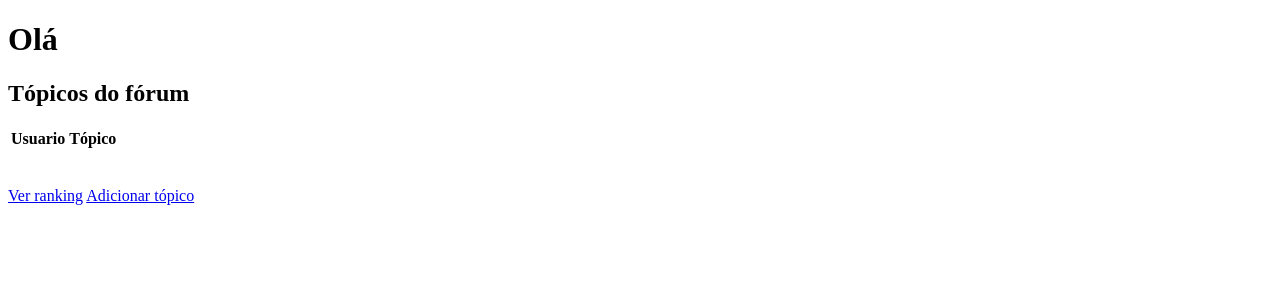
Repository: tainansv/desenvolvimento-agil-com-java-avan-ado
Page: http://localhost/Forum/topicos
An editor plug-in stored every save of this project. The page is shown before and after the next save, followed by the edit.
The browser window is 1280 px wide. The pictures show the whole page.
The page is served by Tomcat 9. Queries for data that is not in the repository find no rows.

Above is the page before, as saved 2016-10-06 21:00:27.

After the next save:
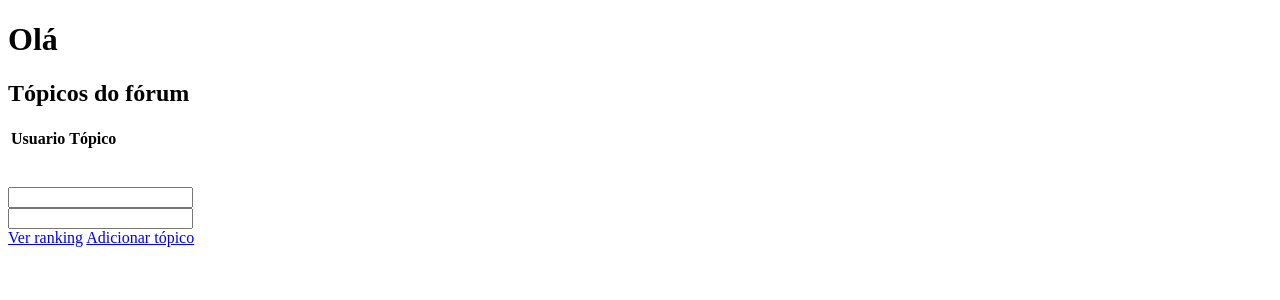
Saved 3 min 55 s later.
--- a/Forum/WebContent/topicos.jsp
+++ b/Forum/WebContent/topicos.jsp
@@ -11,7 +11,7 @@
 
 	<h1>Olá ${usuario.nome }</h1>
 	<h2>Tópicos do fórum</h2>
-	<table>
+	<table name="tabela">
 		<tr>
 			<th>Usuario</th>
 			<th>Tópico</th>
@@ -31,6 +31,12 @@
 	</table>
 
 	<br><br>
+	<form action="ranking">
+		<input/>
+	</form>
+	<form action="ranking">
+		<input/>
+	</form>
 	<a href="ranking">Ver ranking</a>
 	<a href="insere-topico.jsp">Adicionar tópico</a>
 
